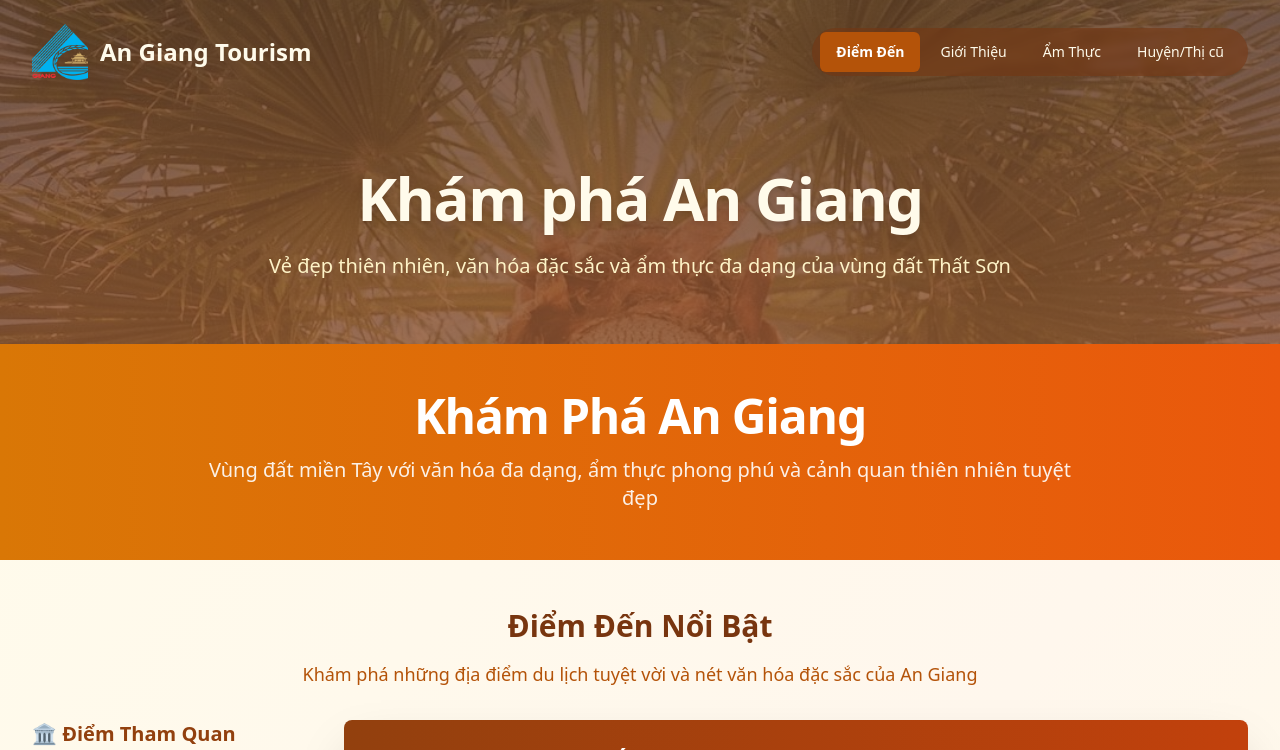
Repository: HuynhPPP/AnGiang_Tourism
Page: /
The author's editor kept a copy of each file at every save. The page is drawn from the files as they stood at one save, then again after the next save.
The browser window is 1280 px wide. The pictures show the part of the page from y = 0 to 750 px (the page is 2294 px tall before and 2078 px after).
Pictures or frames that could not be fetched are drawn as grey boxes. The project was rebuilt for these pictures with package versions that can differ from the ones it lists, and the page was loaded fresh each time. Also part of the build but not shown: vite.config.ts, src/components/ui/tooltip.tsx, src/components/ui/separator.tsx, src/pages/About.tsx, src/components/ui/tabs.tsx, src/pages/Food.tsx, src/pages/Districts.tsx, src/pages/NotFound.tsx.

Above is the page before, as saved 2025-07-28 12:50:56.

### index.html
<!DOCTYPE html>
<html lang="vi">

<head>
  <meta charset="UTF-8" />
  <meta name="viewport" content="width=device-width, initial-scale=1.0" />
  <link rel="icon" href="/images/Logo_tỉnh_An_Giang.png" type="image/png">
  <title>Du Lịch An Giang - Khám Phá Vùng Đất Thất Sơn</title>
  <meta name="description" content="Trang thông tin du lịch An Giang - Khám phá vẻ đẹp thiên nhiên, văn hóa và ẩm thực đặc sắc của vùng đất Thất Sơn, rừng thốt nốt và các di tích lịch sử." />
  <meta name="author" content="Du Lịch An Giang" />

  <meta property="og:title" content="Du Lịch An Giang - Khám Phá Vùng Đất Thất Sơn" />
  <meta property="og:description" content="Trang thông tin du lịch An Giang - Khám phá vẻ đẹp thiên nhiên, văn hóa và ẩm thực đặc sắc của vùng đất Thất Sơn, rừng thốt nốt và các di tích lịch sử." />
  <meta property="og:type" content="website" />
  <meta property="og:image" content="https://vnn-imgs-a1.vgcloud.vn/icdn.dantri.com.vn/2021/05/26/rung-thot-not-an-giang-1-1622015920442.jpg" />

</head>

<body>
  <div id="root"></div>
  <script type="module" src="/src/main.tsx"></script>
</body>

</html>

### src/App.tsx
import { Toaster } from '@/components/ui/sonner';
import { TooltipProvider } from '@/components/ui/tooltip';
import { QueryClient, QueryClientProvider } from '@tanstack/react-query';
import { BrowserRouter, Routes, Route } from 'react-router-dom';
import MainLayout from './components/layout/MainLayout';
import Index from './pages/Index';
import About from './pages/About';
import Food from './pages/Food';
import Districts from './pages/Districts';
import NotFound from './pages/NotFound';

const queryClient = new QueryClient();

const App = () => (
  <QueryClientProvider client={queryClient}>
    <TooltipProvider>
      <Toaster />
      <BrowserRouter>
        <MainLayout>
          <Routes>
            <Route path="/" element={<Index />} />
            <Route path="/about" element={<About />} />
            <Route path="/food" element={<Food />} />
            <Route path="/districts" element={<Districts />} />
            <Route path="*" element={<NotFound />} />
          </Routes>
        </MainLayout>
      </BrowserRouter>
    </TooltipProvider>
  </QueryClientProvider>
);

export default App;

### src/components/ui/sonner.tsx
import { useTheme } from 'next-themes';
import { Toaster as Sonner, toast } from 'sonner';

type ToasterProps = React.ComponentProps<typeof Sonner>;

const Toaster = ({ ...props }: ToasterProps) => {
  const { theme = 'system' } = useTheme();

  return (
    <Sonner
      theme={theme as ToasterProps['theme']}
      className="toaster group"
      toastOptions={{
        classNames: {
          toast:
            'group toast group-[.toaster]:bg-background group-[.toaster]:text-foreground group-[.toaster]:border-border group-[.toaster]:shadow-lg',
          description: 'group-[.toast]:text-muted-foreground',
          actionButton: 'group-[.toast]:bg-primary group-[.toast]:text-primary-foreground',
          cancelButton: 'group-[.toast]:bg-muted group-[.toast]:text-muted-foreground',
        },
      }}
      {...props}
    />
  );
};

export { Toaster, toast };

### src/components/layout/MainLayout.tsx
import { ReactNode } from 'react';
import { Header } from './Header';
import { Footer } from './Footer';

interface MainLayoutProps {
  children: ReactNode;
}

export default function MainLayout({ children }: MainLayoutProps) {
  return (
    <div className="flex min-h-screen flex-col bg-amber-50">
      <Header />

      {/* Main content */}
      <main className="flex-1">
        {children}
      </main>

      <Footer />
    </div>
  );
}

### src/pages/Index.tsx
import { useState } from 'react';
import { Button } from '@/components/ui/button';
import { Card, CardContent, CardDescription, CardHeader, CardTitle } from '@/components/ui/card';
import { Carousel, CarouselContent, CarouselItem, CarouselNext, CarouselPrevious } from '@/components/ui/carousel';

const destinations = [
  {
    id: 1,
    name: 'Núi Sam (Châu Đốc)',
    description: 'Núi Sam cao 230 mét so với mực nước biển, nằm ở thành phố Châu Đốc, là địa điểm linh thiêng đối với Phật giáo. Từ đỉnh núi, du khách có thể ngắm toàn cảnh vùng nông thôn xung quanh và biên giới Campuchia.',
    images: [
      '/images/ChauDocImgs/mieu-ba-chua-xu-nui-sam-an-giang.jpg',
      '/images/ChauDocImgs/SamMountain.jpg',
      '/images/ChauDocImgs/nui-sam-5.jpg',
      '/images/ChauDocImgs/Nui-Sam-8.jpg',
      '/images/ChauDocImgs/nui_sam_1.jpg',
      '/images/ChauDocImgs/nui_sam_2.jpg',
      '/images/ChauDocImgs/nui_sam_3.jpg',
      '/images/ChauDocImgs/nui_sam_9.jpg',
    ],
    foods: [
      {
        name: 'Bún cá (Súp mì cá)',
        description: 'Đặc sản của Châu Đốc, gồm bún với cá, rau và gia vị trong nước dùng thơm ngon.'
      },
      {
        name: 'Mắm (Cá lên men)',
        description: 'Đặc sản địa phương làm từ cá lên men với muối và gạo.'
      }
    ]
  },
  {
    id: 2,
    name: 'Rừng tràm Trà Sư',
    description: 'Nằm ở huyện Tịnh Biên, Trà Sư là khu rừng tràm rộng lớn trên 800 héc-ta. Đây là nơi sinh sống của nhiều loài chim và thực vật, cung cấp các tour đi thuyền qua các kênh rạch xanh mát phủ đầy hoa súng và dương xỉ nước.',
    images: [
      '/images/TinhBienImgs/rung_tram_8.jpg',
      '/images/TinhBienImgs/rung_tram_2.jpg',
      '/images/TinhBienImgs/rung_tram_3.jpg',
      '/images/TinhBienImgs/rung_tram_4.jpg',
      '/images/TinhBienImgs/rung_tram_5.jpg',
      '/images/TinhBienImgs/rung_tram_6.jpg',
      '/images/TinhBienImgs/rung_tram_7.jpg',
    ],
    foods: [
      {
        name: 'Lẩu Mắm (Lẩu cá lên men)',
        description: 'Món lẩu thơm ngon được nấu với cá lên men, rau củ và các loại thịt.'
      },
      {
        name: 'Bò 7 Món (7 món từ thịt bò)',
        description: 'Bữa tiệc với thịt bò được chế biến theo bảy cách khác nhau, nổi tiếng trong khu vực.'
      }
    ]
  },
  {
    id: 3,
    name: 'Làng Chăm (Châu Phong)',
    description: 'Nằm ở xã Châu Phong, Làng Chăm cung cấp cái nhìn sâu sắc về văn hóa của dân tộc thiểu số Chăm. Du khách có thể thăm nhà truyền thống của người Chăm, nhà thờ Hồi giáo và tìm hiểu về nghề dệt truyền thống của họ.',
    images: [
      'https://www.vietnamembassy-algeria.org/wp-content/uploads/2019/06/5-An-Giang-Cham-Village.jpg',
      'https://thoidai.com.vn/stores/news_dataimages/nguyenphuong/052019/18/10/1642_CyYnh_tyYng_-_An_Giang_12.jpg',
      'https://vnn-imgs-a1.vgcloud.vn/znews-photo.zadn.vn/w860/Uploaded/bpivpkib/2016_10_07/RIMG1631.JPG',
    ],
    foods: [
      {
        name: 'Bánh Xèo (Bánh pancake Việt Nam)',
        description: 'Bánh giòn nhân giá đỗ, tôm và thịt.'
      },
      {
        name: 'Bún Nước Lèo (Súp mì kiểu Khmer)',
        description: 'Món ăn kết hợp với ảnh hưởng của người Khmer, gồm nước dùng đậm đà và nhiều loại topping.'
      }
    ]
  },
  {
    id: 4,
    name: 'Núi Cấm (Thất Sơn)',
    description: 'Núi Cấm cao 710 mét so với mực nước biển, thuộc dãy Thất Sơn (Bảy Núi), nằm ở huyện Tịnh Biên. Khu vực này có rừng rậm, thác nước, chùa chiền và tượng Phật khổng lồ.',
    images: [
      'https://statics.vinpearl.com/nui-cam-an-giang-0_1630905070.jpg',
      'https://statics.vinpearl.com/nui-cam-an-giang-2_1630904958.jpg',
      'https://statics.vinpearl.com/nui-cam-an-giang-7_1630905023.jpg',
    ],
    foods: [
      {
        name: 'Cơm Tấm (Cơm gạo tấm)',
        description: 'Món cơm từ gạo tấm, phục vụ kèm thịt heo nướng, trứng và rau.'
      },
      {
        name: 'Bánh Canh (Súp mì dày)',
        description: 'Món súp với sợi bánh dày, thường được phục vụ với cá hoặc thịt heo.'
      }
    ]
  },
  {
    id: 5,
    name: 'Mộ Ba Chúc',
    description: 'Nằm ở huyện Tri Tôn, khu tưởng niệm này tưởng nhớ các nạn nhân của cuộc thảm sát Khmer Đỏ năm 1978. Mộ chứa hài cốt của hơn 3.000 nạn nhân và là lời nhắc nhở nghiêm túc về quá khứ.',
    images: [
      'https://nhatranghub.com/wp-content/uploads/2020/10/hang-cot-ba-chuc-an-giang-0.jpg',
      'https://media.vneconomy.vn/w800/images/upload/2022/04/15/anh-3.jpeg',
      'https://baoanhdatmui.vn/sites/upload/files/2021-04/657579pm-di-tich-quoc-gia-dac-biet-chung-tich-tham-sat-ba-chuc-an-giang-1956946.jpg',
    ],
    foods: [
      {
        name: 'Bánh Đúc (Bánh gạo)',
        description: 'Bánh gạo truyền thống thường được ăn kèm với thịt băm, tôm và rau thơm.'
      },
      {
        name: 'Chè (Súp ngọt)',
        description: 'Các loại chè làm từ đậu, trái cây và nước cốt dừa.'
      }
    ]
  }
];

export default function HomePage() {
  const [selectedDestination, setSelectedDestination] = useState(destinations[0]);

  return (
    <div className="min-h-screen bg-gradient-to-br from-amber-50 via-orange-50 to-yellow-50">
      {/* Header với gradient đẹp */}
      <div className="bg-gradient-to-r from-amber-600 to-orange-600 text-white py-12">
        <div className="mx-auto max-w-7xl px-4 sm:px-6 lg:px-8">
          <h1 className="text-4xl md:text-5xl font-bold text-center mb-4 tracking-tight">Khám Phá An Giang</h1>
          <p className="text-lg md:text-xl text-center opacity-90 max-w-4xl mx-auto leading-relaxed">
            Vùng đất miền Tây với văn hóa đa dạng, ẩm thực phong phú và cảnh quan thiên nhiên tuyệt đẹp
          </p>
        </div>
      </div>

      {/* Main content */}
      <main className="mx-auto max-w-7xl px-4 py-12 sm:px-6 lg:px-8">
        <div className="mb-8">
          <h2 className="text-2xl md:text-3xl font-bold text-amber-900 text-center mb-4">Điểm Đến Nổi Bật</h2>
          <p className="text-base md:text-lg text-amber-700 text-center max-w-3xl mx-auto">
            Khám phá những địa điểm du lịch tuyệt vời và nét văn hóa đặc sắc của An Giang
          </p>
        </div>

        <div className="grid grid-cols-1 lg:grid-cols-4 gap-6 lg:gap-8">
          {/* Sidebar with destination list */}
          <div className="lg:col-span-1 space-y-4">
            <h3 className="text-lg md:text-xl font-bold text-amber-800 mb-4">🏛️ Điểm Tham Quan</h3>
            <div className="flex flex-col space-y-3">
              {destinations.map((dest) => (
                <Button
                  key={dest.id}
                  variant={selectedDestination.id === dest.id ? "default" : "outline"}
                  className={`justify-start h-auto py-3 px-4 text-left transition-all duration-300 ${
                    selectedDestination.id === dest.id
                      ? 'bg-gradient-to-r from-amber-600 to-orange-600 hover:from-amber-700 hover:to-orange-700 text-white shadow-lg transform scale-105'
                      : 'hover:bg-amber-100 hover:text-amber-900 border-amber-200 hover:border-amber-300 hover:shadow-md'
                  }`}
                  onClick={() => setSelectedDestination(dest)}
                >
                  <span className="text-sm md:text-base leading-relaxed">{dest.name}</span>
                </Button>
              ))}
            </div>

            {/* Thot Not tree image */}
            <div className="hidden lg:block mt-8">
              <Card className="overflow-hidden shadow-lg hover:shadow-xl transition-shadow duration-300">
                <div className="relative overflow-hidden">
                  <img
                    src="/images/TriTonImgs/thotnottraitim01.jpg"
                    alt="Rừng Thốt nốt An Giang"
                    className="w-full h-48 object-cover hover:scale-105 transition-transform duration-500"
                  />
                  <div className="absolute inset-0 bg-gradient-to-t from-black/30 to-transparent"></div>
                </div>
                <CardContent className="p-4 bg-gradient-to-r from-amber-50 to-orange-50">
                  <p className="text-amber-900 text-sm font-medium leading-relaxed">
                    🌳 Cây thốt nốt hình trái tim - điểm đến thú vị ở An Giang
                  </p>
                </CardContent>
              </Card>
            </div>
          </div>

          {/* Selected destination details */}
          <div className="lg:col-span-3">
            <Card className="shadow-2xl border-0 overflow-hidden bg-white/95 backdrop-blur-sm">
              <CardHeader className="bg-gradient-to-r from-amber-800 to-orange-700 text-white p-6">
                <CardTitle className="text-2xl md:text-3xl font-bold">{selectedDestination.name}</CardTitle>
                <CardDescription className="text-base md:text-lg text-amber-100 leading-relaxed">
                  {selectedDestination.description}
                </CardDescription>
              </CardHeader>

              <CardContent className="space-y-8 p-6">
                {/* Images carousel */}
                <div>
                  <h3 className="text-lg md:text-xl font-semibold mb-4 text-amber-900 flex items-center">
                    📸 Thư Viện Ảnh
                  </h3>
                  <Carousel className="w-full max-w-4xl mx-auto">
                    <CarouselContent>
                      {selectedDestination.images.map((image, index) => (
                        <CarouselItem key={index}>
                          <div className="p-1">
                            <div className="aspect-[16/9] overflow-hidden rounded-xl shadow-lg">
                              <img
                                src={image}
                                alt={`${selectedDestination.name} - Hình ${index + 1}`}
                                className="w-full h-full object-cover hover:scale-105 transition-transform duration-500"
                                loading="lazy"
                              />
                            </div>
                          </div>
                        </CarouselItem>
                      ))}
                    </CarouselContent>
                    <CarouselPrevious className="bg-white/80 hover:bg-white text-amber-800 border-amber-200" />
                    <CarouselNext className="bg-white/80 hover:bg-white text-amber-800 border-amber-200" />
                  </Carousel>
                </div>

                {/* Foods section */}
                <div>
                  <h3 className="text-lg md:text-xl font-semibold mb-4 text-amber-900 flex items-center">
                    🍽️ Ẩm Thực Đặc Sắc
                  </h3>
                  <div className="grid grid-cols-1 md:grid-cols-2 gap-4">
                    {selectedDestination.foods.map((food, index) => (
                      <Card key={index} className="border-0 shadow-lg hover:shadow-xl transition-all duration-300 transform hover:-translate-y-1 bg-gradient-to-br from-amber-50 to-orange-50">
                        <CardHeader className="bg-gradient-to-r from-amber-100 to-orange-100 pb-3">
                          <CardTitle className="text-amber-900 text-base md:text-lg font-semibold">{food.name}</CardTitle>
                        </CardHeader>
                        <CardContent className="pt-3">
                          <p className="text-amber-800 text-sm md:text-base leading-relaxed">{food.description}</p>
                        </CardContent>
                      </Card>
                    ))}
                  </div>
                </div>
              </CardContent>
            </Card>

            {/* Quick travel info */}
            <div className="mt-8 p-6 bg-gradient-to-br from-amber-50 to-orange-50 rounded-xl border border-amber-200 shadow-lg">
              <h3 className="text-lg md:text-xl font-semibold text-amber-900 mb-4 flex items-center">
                ℹ️ Thông Tin Du Lịch
              </h3>
              <div className="grid grid-cols-1 md:grid-cols-2 gap-4 md:gap-6">
                <div className="space-y-2">
                  <h4 className="font-semibold text-amber-800 text-sm md:text-base">⏰ Thời gian tốt nhất:</h4>
                  <p className="text-amber-700 text-sm md:text-base">Mùa khô (tháng 11 đến tháng 4)</p>
                </div>
                <div className="space-y-2">
                  <h4 className="font-semibold text-amber-800 text-sm md:text-base">🚗 Phương tiện di chuyển:</h4>
                  <p className="text-amber-700 text-sm md:text-base">Xe buýt, xe máy, thuyền</p>
                </div>
                <div className="space-y-2">
                  <h4 className="font-semibold text-amber-800 text-sm md:text-base">⚠️ Lưu ý:</h4>
                  <p className="text-amber-700 text-sm md:text-base">Mang theo nước uống và kem chống nắng</p>
                </div>
                <div className="space-y-2">
                  <h4 className="font-semibold text-amber-800 text-sm md:text-base">🎉 Lễ hội nổi bật:</h4>
                  <p className="text-amber-700 text-sm md:text-base">Lễ hội Vía Bà Chúa Xứ (tháng 4 âm lịch)</p>
                </div>
              </div>
            </div>
          </div>
        </div>
      </main>
    </div>
  );
}

### src/components/layout/Header.tsx
import { Link, useLocation } from 'react-router-dom';
import { Button } from '@/components/ui/button';

export function Header() {
  const location = useLocation();

  const isActive = (path: string) => {
    return location.pathname === path;
  };

  return (
    <header className="relative">
      {/* Hero background with Thot Not palms */}
      <div className="absolute inset-0 overflow-hidden z-0">
        <img
          src="/images/ThotNotPalms.jpg"
          alt="Thốt nốt An Giang"
          className="w-full h-full object-cover opacity-60"
        />
        <div className="absolute inset-0 bg-gradient-to-b from-amber-950/70 to-amber-900/70"></div>
      </div>

      <div className="relative z-10 mx-auto max-w-7xl px-4 py-6 sm:px-6 lg:px-8">
        <div className="flex flex-col md:flex-row items-center justify-between">
          <div className="flex-shrink-0 mb-4 md:mb-0 flex items-center">
            <img
              src="/images/Logo_tỉnh_An_Giang.png"
              alt="Logo Thốt Nốt"
              height={140}
              width={140}
              className="h-14 w-14 mr-3 object-cover"
            />
            <Link to="/" className="flex items-center">
              <span className="text-2xl font-bold text-amber-50">An Giang Tourism</span>
            </Link>
          </div>
          <nav className="flex items-center space-x-1 bg-amber-900/50 px-2 py-1 rounded-full backdrop-blur-sm">
            {[
              { path: '/', label: 'Điểm Đến' },
              { path: '/about', label: 'Giới Thiệu' },
              { path: '/food', label: 'Ẩm Thực' },
              { path: '/districts', label: 'Huyện/Thị cũ' },
            ].map(({ path, label }) => {
              const active = isActive(path);
              return (
                <Link to={path} key={path}>
                  <Button
                    variant={active ? 'secondary' : 'ghost'}
                    className={`transition-colors duration-200 ${active
                        ? '!bg-amber-700 !text-white font-semibold'
                        : 'text-amber-50 hover:bg-amber-800/40 hover:!text-white'
                      }`}
                  >
                    {label}
                  </Button>
                </Link>
              );
            })}
          </nav>
        </div>
      </div>

      {/* Hero content */}
      <div className="relative z-10 mx-auto max-w-7xl px-4 py-16 sm:px-6 lg:px-8 text-center">
        <h1 className="text-4xl font-bold tracking-tight sm:text-5xl lg:text-6xl text-amber-50 drop-shadow-lg">
          Khám phá An Giang
        </h1>
        <p className="mt-6 max-w-3xl mx-auto text-xl text-amber-100">
          Vẻ đẹp thiên nhiên, văn hóa đặc sắc và ẩm thực đa dạng của vùng đất Thất Sơn
        </p>
      </div>
    </header>
  );
}

### src/components/ui/button.tsx
import * as React from 'react';
import { Slot } from '@radix-ui/react-slot';
import { cva, type VariantProps } from 'class-variance-authority';

import { cn } from '@/lib/utils';

const buttonVariants = cva(
  'inline-flex items-center justify-center gap-2 whitespace-nowrap rounded-md text-sm font-medium ring-offset-background transition-colors focus-visible:outline-none focus-visible:ring-2 focus-visible:ring-ring focus-visible:ring-offset-2 disabled:pointer-events-none disabled:opacity-50 [&_svg]:pointer-events-none [&_svg]:size-4 [&_svg]:shrink-0',
  {
    variants: {
      variant: {
        default: 'bg-primary text-primary-foreground hover:bg-primary/90',
        destructive: 'bg-destructive text-destructive-foreground hover:bg-destructive/90',
        outline: 'border border-input bg-background hover:bg-accent hover:text-accent-foreground',
        secondary: 'bg-secondary text-secondary-foreground hover:bg-secondary/80',
        ghost: 'hover:bg-accent hover:text-accent-foreground',
        link: 'text-primary underline-offset-4 hover:underline',
      },
      size: {
        default: 'h-10 px-4 py-2',
        sm: 'h-9 rounded-md px-3',
        lg: 'h-11 rounded-md px-8',
        icon: 'h-10 w-10',
      },
    },
    defaultVariants: {
      variant: 'default',
      size: 'default',
    },
  }
);

export interface ButtonProps extends React.ButtonHTMLAttributes<HTMLButtonElement>, VariantProps<typeof buttonVariants> {
  asChild?: boolean;
}

const Button = React.forwardRef<HTMLButtonElement, ButtonProps>(({ className, variant, size, asChild = false, ...props }, ref) => {
  const Comp = asChild ? Slot : 'button';
  return <Comp className={cn(buttonVariants({ variant, size, className }))} ref={ref} {...props} />;
});
Button.displayName = 'Button';

export { Button, buttonVariants };

### src/components/ui/card.tsx
import * as React from 'react';

import { cn } from '@/lib/utils';

const Card = React.forwardRef<HTMLDivElement, React.HTMLAttributes<HTMLDivElement>>(({ className, ...props }, ref) => (
  <div ref={ref} className={cn('rounded-lg border bg-card text-card-foreground shadow-sm', className)} {...props} />
));
Card.displayName = 'Card';

const CardHeader = React.forwardRef<HTMLDivElement, React.HTMLAttributes<HTMLDivElement>>(({ className, ...props }, ref) => (
  <div ref={ref} className={cn('flex flex-col space-y-1.5 p-6', className)} {...props} />
));
CardHeader.displayName = 'CardHeader';

const CardTitle = React.forwardRef<HTMLParagraphElement, React.HTMLAttributes<HTMLHeadingElement>>(({ className, ...props }, ref) => (
  <h3 ref={ref} className={cn('text-2xl font-semibold leading-none tracking-tight', className)} {...props} />
));
CardTitle.displayName = 'CardTitle';

const CardDescription = React.forwardRef<HTMLParagraphElement, React.HTMLAttributes<HTMLParagraphElement>>(
  ({ className, ...props }, ref) => <p ref={ref} className={cn('text-sm text-muted-foreground', className)} {...props} />
);
CardDescription.displayName = 'CardDescription';

const CardContent = React.forwardRef<HTMLDivElement, React.HTMLAttributes<HTMLDivElement>>(({ className, ...props }, ref) => (
  <div ref={ref} className={cn('p-6 pt-0', className)} {...props} />
));
CardContent.displayName = 'CardContent';

const CardFooter = React.forwardRef<HTMLDivElement, React.HTMLAttributes<HTMLDivElement>>(({ className, ...props }, ref) => (
  <div ref={ref} className={cn('flex items-center p-6 pt-0', className)} {...props} />
));
CardFooter.displayName = 'CardFooter';

export { Card, CardHeader, CardFooter, CardTitle, CardDescription, CardContent };

Loaded but not shown: src/main.tsx (common file); src/index.css (common file); src/lib/utils.ts (common file); tailwind.config.ts (common file); src/components/ui/carousel.tsx (212 lines, source omitted); src/components/layout/Footer.tsx (70 lines, source omitted)

After the next save:
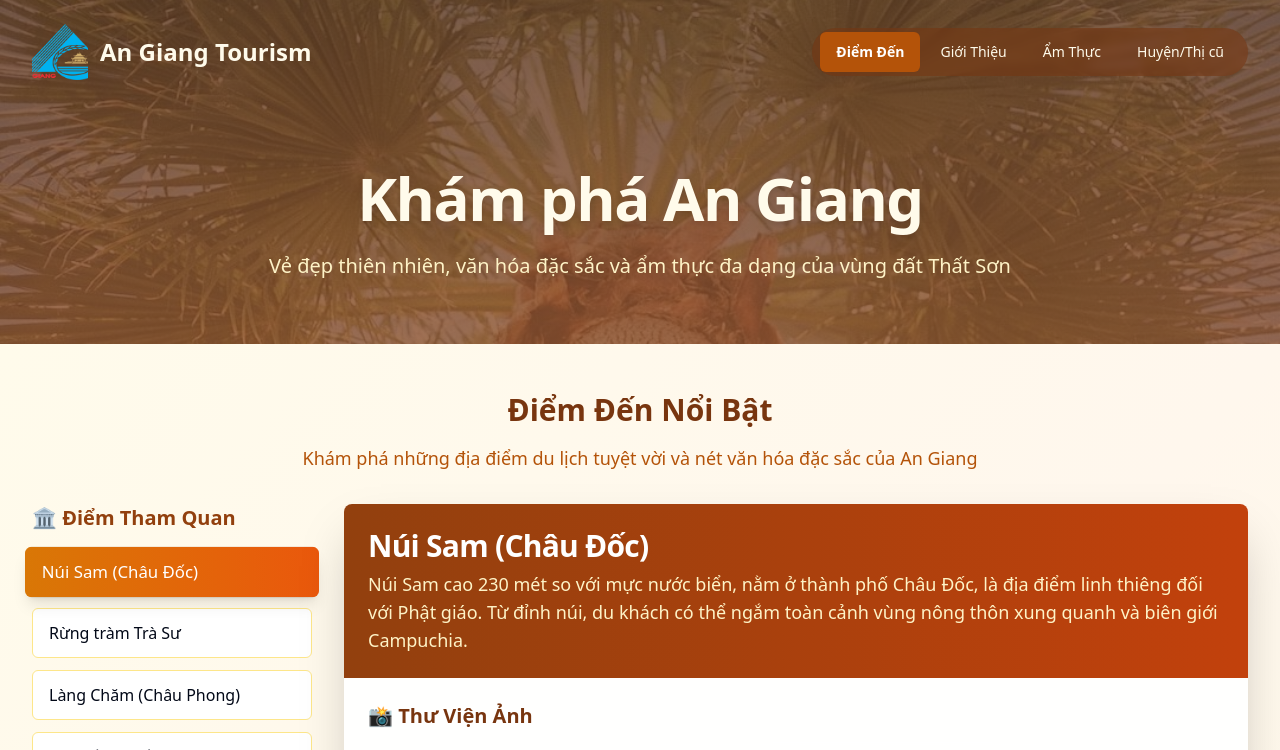
Saved 61 s later.
--- a/src/pages/Index.tsx
+++ b/src/pages/Index.tsx
@@ -120,15 +120,6 @@ export default function HomePage() {
 
   return (
     <div className="min-h-screen bg-gradient-to-br from-amber-50 via-orange-50 to-yellow-50">
-      {/* Header với gradient đẹp */}
-      <div className="bg-gradient-to-r from-amber-600 to-orange-600 text-white py-12">
-        <div className="mx-auto max-w-7xl px-4 sm:px-6 lg:px-8">
-          <h1 className="text-4xl md:text-5xl font-bold text-center mb-4 tracking-tight">Khám Phá An Giang</h1>
-          <p className="text-lg md:text-xl text-center opacity-90 max-w-4xl mx-auto leading-relaxed">
-            Vùng đất miền Tây với văn hóa đa dạng, ẩm thực phong phú và cảnh quan thiên nhiên tuyệt đẹp
-          </p>
-        </div>
-      </div>
 
       {/* Main content */}
       <main className="mx-auto max-w-7xl px-4 py-12 sm:px-6 lg:px-8">
